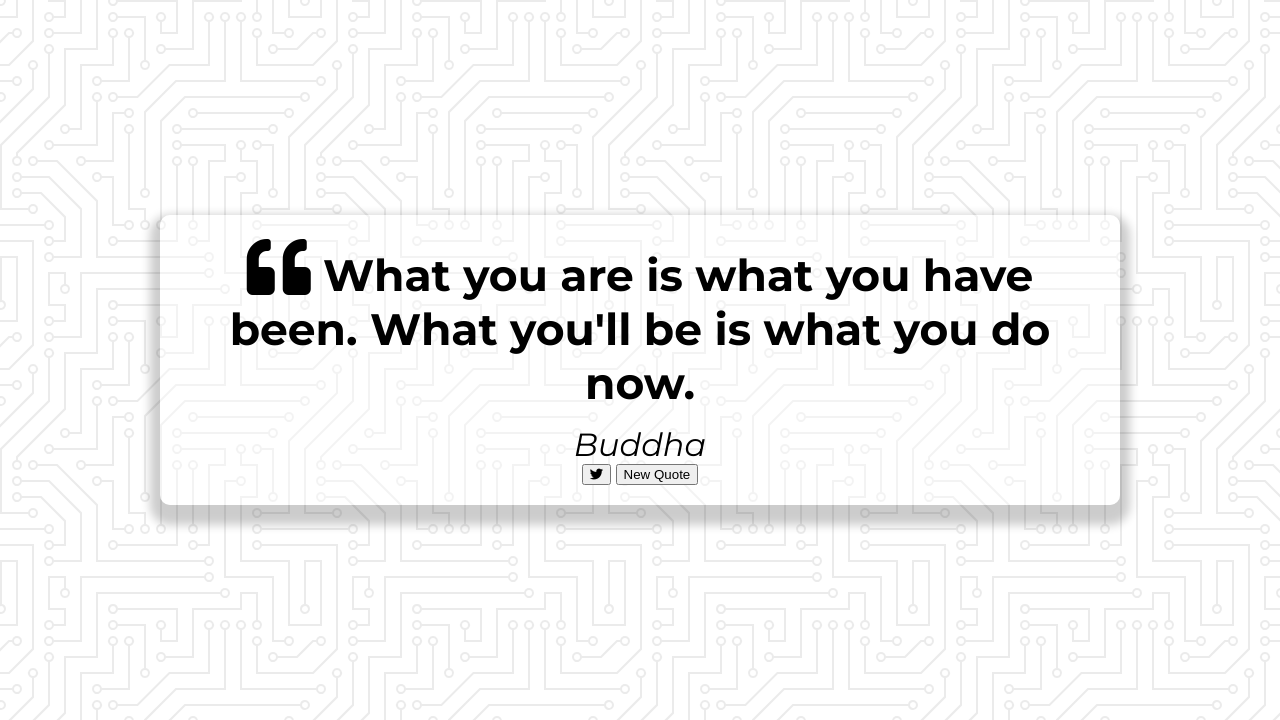
Repository: Badynko/quote-generator
Page: index.html
An editor plug-in stored every save of this project. The page is shown before and after the next save, followed by the edit.
The browser window is 1280 px wide. The pictures show the whole page.
Some web libraries are served in a nearby version.

Above is the page before, as saved 2024-05-08 18:37:47.

After the next save:
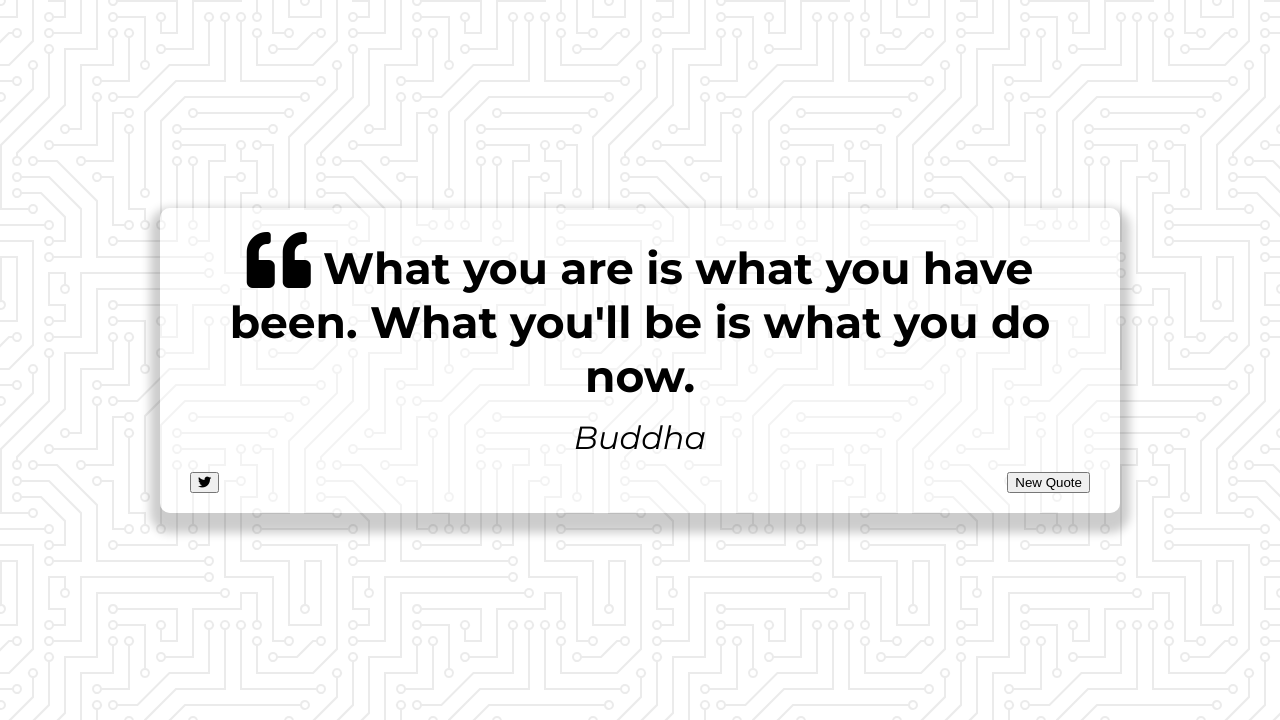
Saved 19 min 21 s later.
--- a/style.css
+++ b/style.css
@@ -46,6 +46,12 @@ body {
   font-style: italic;
 }
 
+.button-container {
+  margin-top: 15px;
+  display: flex;
+  justify-content: space-between;
+}
+
 /* Media Query: Tablet or Smaller */
 @media screen and (max-width: 1000px) {
   .quote-container {
